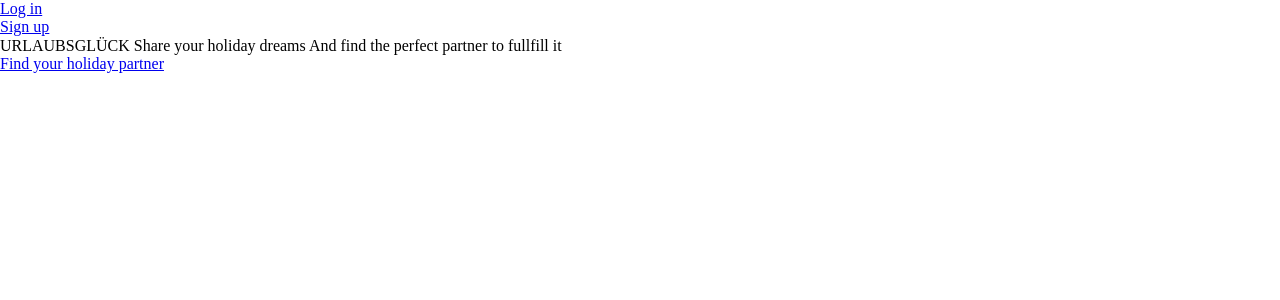
Repository: RobinKite/web_core_hws
Page: html-css/module-08/index.html
An editor plug-in stored every save of this project. The page is shown before and after the next save, followed by the edit.
The browser window is 1280 px wide. The pictures show the whole page.

Above is the page before, as saved 2020-04-30 22:02:39.

After the next save:
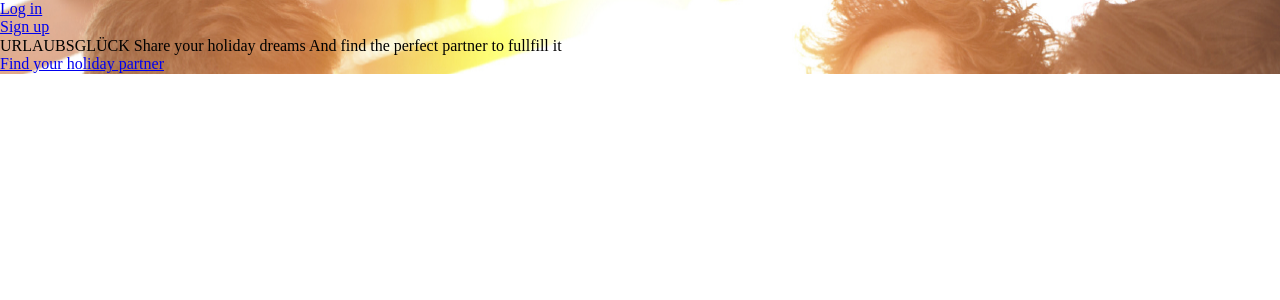
Saved 45 s later.
--- a/html-css/module-08/css/styles.css
+++ b/html-css/module-08/css/styles.css
@@ -18,6 +18,13 @@ img {
 }
 
 
+/* HEADER */
+
+header {
+    background: url(../img/wallpaper.png);
+}
+
+
 /* HIDDEN */
 
 .visually-hidden:not(:focus):not(:active),
